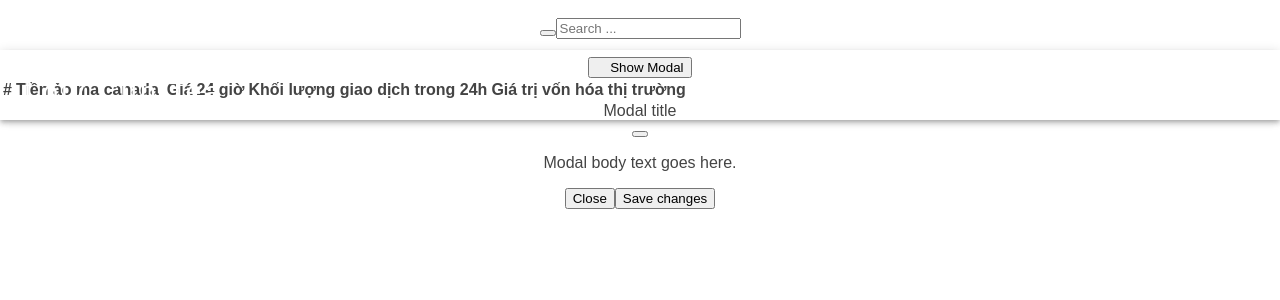
Repository: duongspm/loly-cuptea
Page: /
An editor plug-in stored every save of this project. The page is shown before and after a run of saves, followed by the edit.
The browser window is 1280 px wide. The pictures show the whole page.
The page's requests for data from a server got no answer. The project was rebuilt for these pictures with package versions that can differ from the ones it lists, and the page was loaded fresh each time. No one was signed in, and anything a server would have sent is missing. Also part of the build but not shown: src/components/Coins/Coin.css.

Above is the page before, as saved 2022-06-06 22:57:53.

### public/index.html
<!DOCTYPE html>
<html lang="en">
  <head>
    <meta charset="utf-8" />
    <link rel="icon" href="%PUBLIC_URL%/favicon.ico" />
    <meta name="viewport" content="width=device-width, initial-scale=1" />
    <meta name="theme-color" content="#000000" />
    <meta
      name="description"
      content="Web site created using create-react-app"
    />
    <link rel="apple-touch-icon" href="%PUBLIC_URL%/logo192.png" />
    <!--
      manifest.json provides metadata used when your web app is installed on a
      user's mobile device or desktop. See https://developers.google.com/web/fundamentals/web-app-manifest/
    -->
    <link rel="manifest" href="%PUBLIC_URL%/manifest.json" />
    <!--
      Notice the use of %PUBLIC_URL% in the tags above.
      It will be replaced with the URL of the `public` folder during the build.
      Only files inside the `public` folder can be referenced from the HTML.

      Unlike "/favicon.ico" or "favicon.ico", "%PUBLIC_URL%/favicon.ico" will
      work correctly both with client-side routing and a non-root public URL.
      Learn how to configure a non-root public URL by running `npm run build`.
    -->
    <title>Loly Cup Tea | by DuonggDun</title>
  </head>
  <body>
    <noscript>You need to enable JavaScript to run this app.</noscript>
    <div id="root"></div>
    <!--
      This HTML file is a template.
      If you open it directly in the browser, you will see an empty page.

      You can add webfonts, meta tags, or analytics to this file.
      The build step will place the bundled scripts into the <body> tag.

      To begin the development, run `npm start` or `yarn start`.
      To create a production bundle, use `npm run build` or `yarn build`.
    -->
  </body>
</html>

### src/components/Coins/Coins.js
import React, {useState, useEffect } from 'react'
import axios from 'axios';

import Table from 'react-bootstrap/Table'
import '../Coins/Coin.css'
import Modal from 'react-bootstrap/Modal'

function Coins() {

        const [coins, setCoins] = useState([])
        const [search, setSearch] = useState('')
        useEffect(()=>{
            axios.get('https://api.coingecko.com/api/v3/coins/markets?vs_currency=usd&order=market_cap_desc&per_page=100&page=1&sparkline=false')
            .then(res=>{
                setCoins(res.data)
                //console.log(res.data)
            })
            .catch(error =>alert('Lỗi Đường link hay sao ớ',error))
        },[]);
        const handleChange = (event) =>{
            setSearch(event.target.value)
        }
        const filteredCoins = coins.filter(coin=>
            coin.name.toLowerCase().includes(search.toLowerCase()));
        const click = ()=>{
            alert("haha")
        }
        const [show, setShow] = useState(false);

        const handleClose = () => setShow(false);
        const handleShow = () => setShow(true);
        return (
            <div>
                <br/>
                <div className="col-md-6">
                    <div  className="input-group ">
                        <button className="btn btn-success"><i className="fas fa-search"/></button>

                        <input className="form-control" type="text" placeholder="Search ..." onChange={handleChange}></input>

                    </div>
                </div>
                <br/>
                <button onClick={handleShow} className="btn btn-success" data-toggle="modal"><i className="material-icons">&#xE147;</i> <span>Show Modal</span></button>
                <Table striped bordered hover variant="dark">
                    <thead>
                        <tr>
                        <th>#</th>
                        <th className="text-center">Tiền ảo ma canada</th>
                        <th></th>
                        <th className="text-center">Giá</th>
                        <th className="text-center">24 giờ</th>
                        <th className="text-center">Khối lượng giao dịch trong 24h</th>
                        <th className="text-center">Giá trị vốn hóa thị trường</th>
                        </tr>
                    </thead>
                    <tbody>
                        {filteredCoins.map((coin,index) =>{
                            return (
                                <tr>
                                    <td><i class="far fa-star"></i>&nbsp;&nbsp;&nbsp;&nbsp;{index+1}</td>
                                    <td><img src={coin.image}/>&nbsp;&nbsp;&nbsp;&nbsp;{coin.name}</td>
                                    <td className="symbol">{coin.symbol}</td>
                                    <td className='text-center'>{coin.current_price.toLocaleString()} US$</td>

                                    {coin.price_change_percentage_24h < 0 ? (
                                    <td className='coin-percent red'>{coin.price_change_percentage_24h.toFixed(2)}%</td>
                                    ) : (
                                    <td className='coin-percent green'>{coin.price_change_percentage_24h.toFixed(2)}%</td>
                                    )}

                                    <td className="text-center">{coin.total_volume.toLocaleString()} US$</td>
                                    <td className="text-center">{coin.market_cap.toLocaleString()} US$</td>
                                </tr>

                            )
                        })}
                    </tbody>
                </Table>
                <Modal.Dialog>
                    <Modal.Header closeButton>
                        <Modal.Title>Modal title</Modal.Title>
                    </Modal.Header>

                    <Modal.Body>
                        <p>Modal body text goes here.</p>
                    </Modal.Body>

                    <Modal.Footer>
                        <button variant="secondary">Close</button>
                        <button variant="primary">Save changes</button>
                    </Modal.Footer>
                </Modal.Dialog>
            </div>
        )

}
export default Coins;

Loaded but not shown: src/index.js (common file); src/index.css (common file); src/reportWebVitals.js (common file); src/App.css (common file); src/components/header_footer/Header.js (56 lines, source omitted); src/components/header_footer/SideDrawer.js (18 lines, source omitted); src/App.js (15 lines, source omitted); src/resources/styles.css (1397 lines, source omitted)

After the next 2 saves:
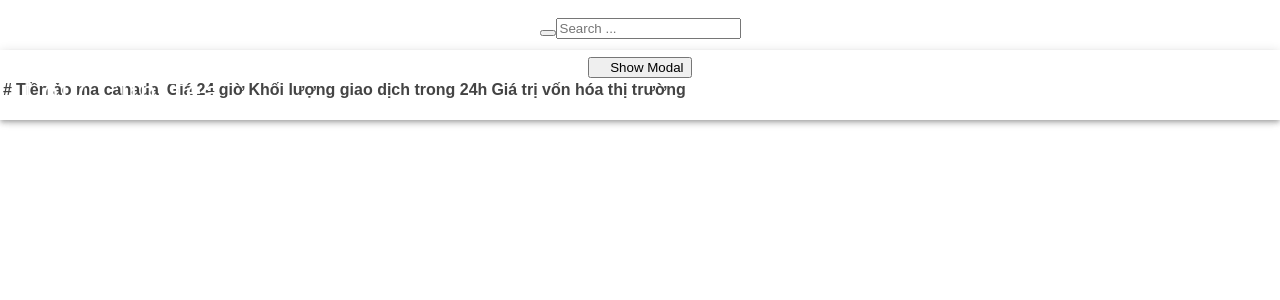
The 2 saves are shown as one change because they came seconds apart.
The last was saved 43 s later.
--- a/src/components/Coins/Coins.js
+++ b/src/components/Coins/Coins.js
@@ -77,20 +77,13 @@
                         })}
                     </tbody>
                 </Table>
-                <Modal.Dialog>
-                    <Modal.Header closeButton>
-                        <Modal.Title>Modal title</Modal.Title>
-                    </Modal.Header>
 
-                    <Modal.Body>
-                        <p>Modal body text goes here.</p>
-                    </Modal.Body>
 
-                    <Modal.Footer>
-                        <button variant="secondary">Close</button>
-                        <button variant="primary">Save changes</button>
-                    </Modal.Footer>
-                </Modal.Dialog>
+
+
+
+
+
             </div>
         )
 
